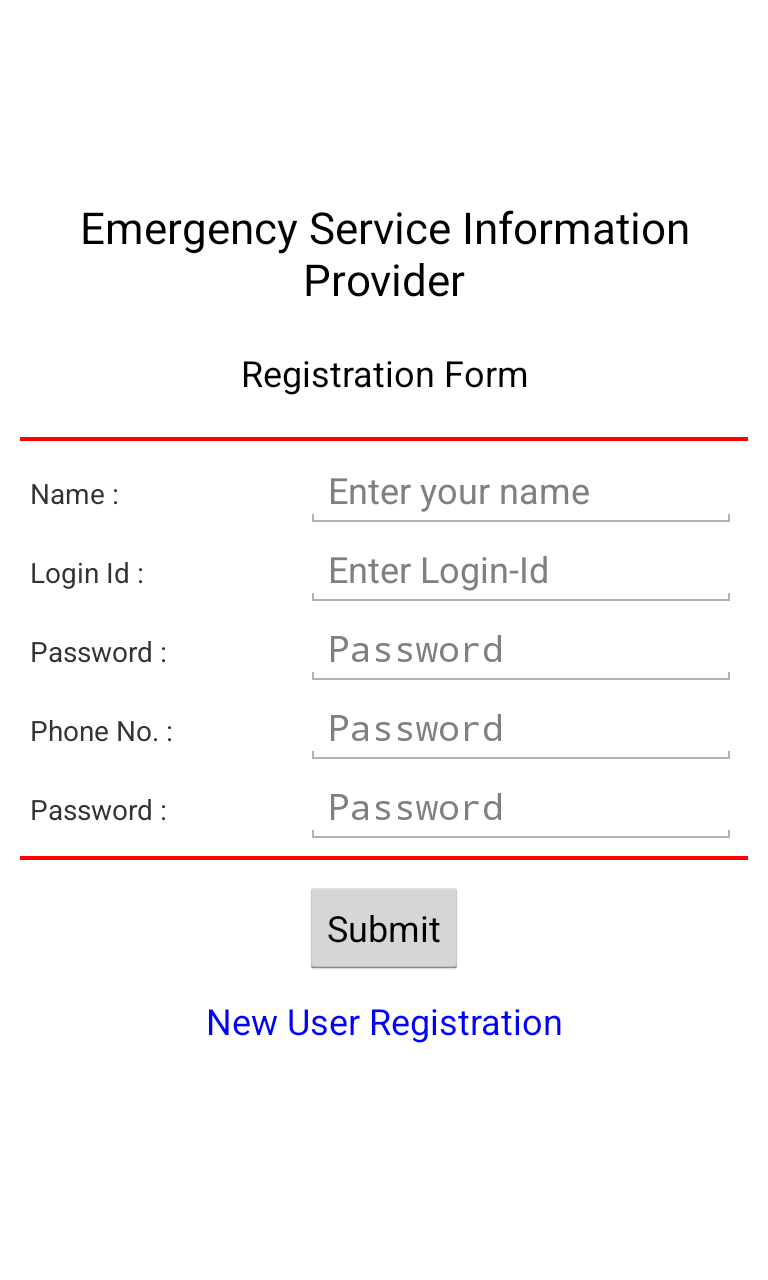
Repository: mansee8/Emergency-Service-Information-Provider
Layout: Emergency Service Information Provider/ESIP/ESIP/res/layout/user_registration.xml
The author's editor kept a copy of each file at every save. The layout is drawn from the files as they stood at one save, then again after the next save.
It is drawn on a 768 x 1280 px phone screen (xhdpi) without system bars, with theme AppTheme; the app's code is not run.

Above is the layout before, as saved 2014-02-28 10:12:50.

### Emergency Service Information Provider/ESIP/ESIP/res/layout/user_registration.xml
<?xml version="1.0" encoding="utf-8"?>
<LinearLayout xmlns:android="http://schemas.android.com/apk/res/android"
    android:layout_width="fill_parent"
    android:layout_height="fill_parent"
    android:gravity="center_horizontal"
    android:orientation="vertical"
    android:padding="5dp" >

    <LinearLayout
        android:layout_width="fill_parent"
        android:layout_height="fill_parent"
        android:gravity="center"
        android:orientation="vertical"
        android:padding="5dp" >

        <TextView
            android:id="@+id/textView1"
            android:layout_width="fill_parent"
            android:layout_height="wrap_content"
            android:gravity="center"
            android:text="Emergency Service Information Provider"
            android:textAppearance="?android:attr/textAppearanceLarge" />

        <TextView
            android:layout_width="fill_parent"
            android:layout_height="wrap_content"
            android:layout_margin="20dp"
            android:gravity="center"
            android:text="Registration Form"
            android:textAppearance="?android:attr/textAppearanceMedium" />

        <View
            android:layout_width="fill_parent"
            android:layout_height="2dp"
            android:background="#ff0000" />

        <TableLayout
            android:layout_width="fill_parent"
            android:layout_height="wrap_content"
            android:padding="5dp"
            android:stretchColumns="*" >

            <TableRow>

                <TextView
                    android:layout_width="wrap_content"
                    android:layout_height="wrap_content"
                    android:text="Name : " />

                <EditText
                    android:id="@+id/mynameEditText"
                    android:layout_width="wrap_content"
                    android:layout_height="wrap_content"
                    android:hint="Enter your name" />
            </TableRow>

            <TableRow>

                <TextView
                    android:layout_width="wrap_content"
                    android:layout_height="wrap_content"
                    android:text="Login Id : " />

                <EditText
                    android:id="@+id/usernameEditText"
                    android:layout_width="wrap_content"
                    android:layout_height="wrap_content"
                    android:hint="Enter Login-Id" />
            </TableRow>

            <TableRow>

                <TextView
                    android:layout_width="wrap_content"
                    android:layout_height="wrap_content"
                    android:text="Password : " />

                <EditText
                    android:id="@+id/passwordEditText"
                    android:layout_width="wrap_content"
                    android:layout_height="wrap_content"
                    android:hint="Password"
                    android:inputType="textPassword" />
            </TableRow>
            <TableRow>

                <TextView
                    android:layout_width="wrap_content"
                    android:layout_height="wrap_content"
                    android:text="Phone No. : " />

                <EditText
                    android:id="@+id/passwordEditText"
                    android:layout_width="wrap_content"
                    android:layout_height="wrap_content"
                    android:hint="Password"
                    android:inputType="textPassword" />
            </TableRow>
            <TableRow>

                <TextView
                    android:layout_width="wrap_content"
                    android:layout_height="wrap_content"
                    android:text="Password : " />

                <EditText
                    android:id="@+id/passwordEditText"
                    android:layout_width="wrap_content"
                    android:layout_height="wrap_content"
                    android:hint="Password"
                    android:inputType="textPassword" />
            </TableRow>
        </TableLayout>

        <View
            android:layout_width="fill_parent"
            android:layout_height="2dp"
            android:background="#ff0000" />

        <Button
            android:id="@+id/submitButton"
            android:layout_width="wrap_content"
            android:layout_height="wrap_content"
            android:layout_margin="10dp"
            android:text="Submit" />

        <TextView
            android:id="@+id/newUserView"
            android:layout_width="fill_parent"
            android:layout_height="wrap_content"
            android:gravity="center"
            android:text="New User Registration"
            android:textAppearance="?android:attr/textAppearanceMedium"
            android:textColor="#0000FF" />

        <TextView
            android:id="@+id/resultView"
            android:layout_width="wrap_content"
            android:layout_height="wrap_content" />
    </LinearLayout>

</LinearLayout>

Loaded but not shown: Emergency Service Information Provider/ESIP/ESIP/res/values/styles.xml (common file); Emergency Service Information Provider/ESIP/ESIP/res/values-v11/styles.xml (common file); Emergency Service Information Provider/ESIP/ESIP/res/values-v14/styles.xml (common file)

After the next save:
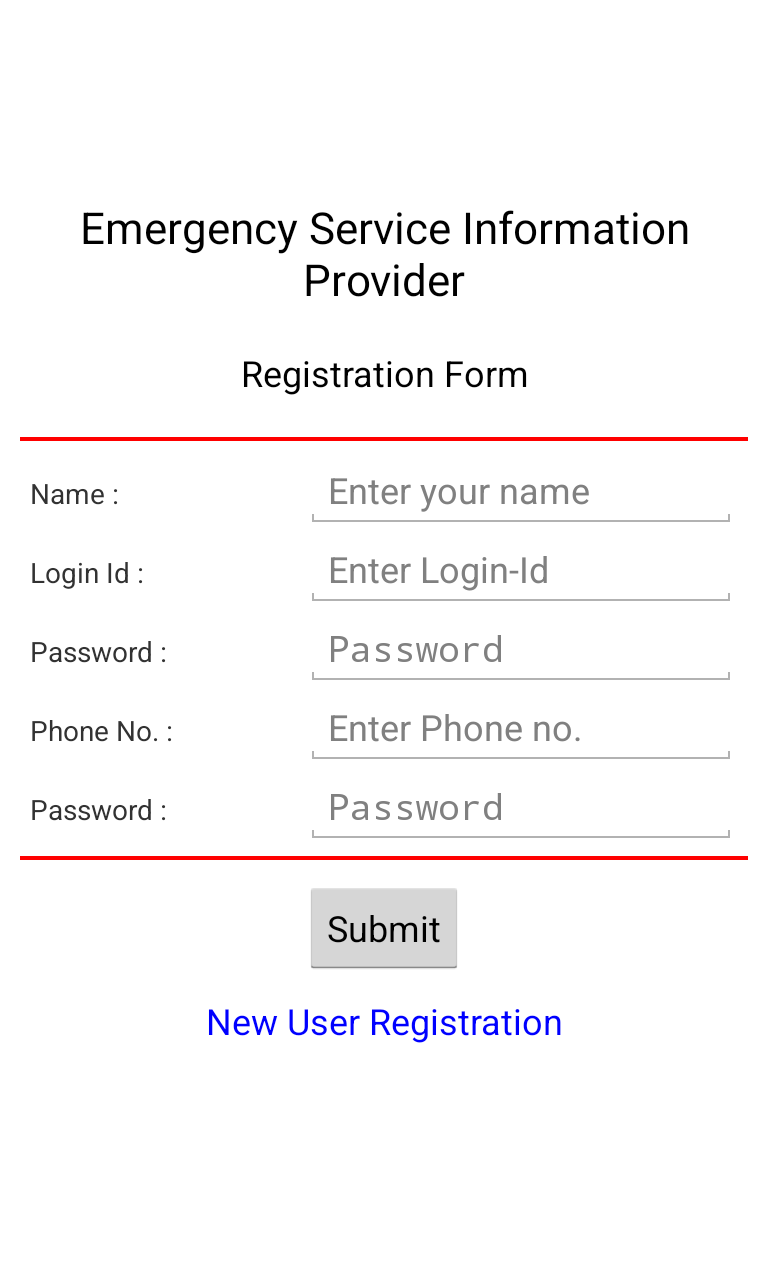
Saved 2 min 54 s later.
--- a/Emergency Service Information Provider/ESIP/ESIP/res/layout/user_registration.xml
+++ b/Emergency Service Information Provider/ESIP/ESIP/res/layout/user_registration.xml
@@ -90,11 +90,11 @@
                     android:text="Phone No. : " />
 
                 <EditText
-                    android:id="@+id/passwordEditText"
+                    android:id="@+id/phoneEditText"
                     android:layout_width="wrap_content"
                     android:layout_height="wrap_content"
-                    android:hint="Password"
-                    android:inputType="textPassword" />
+                    android:hint="Enter Phone no."
+                    android:inputType="phone" />
             </TableRow>
             <TableRow>
 
